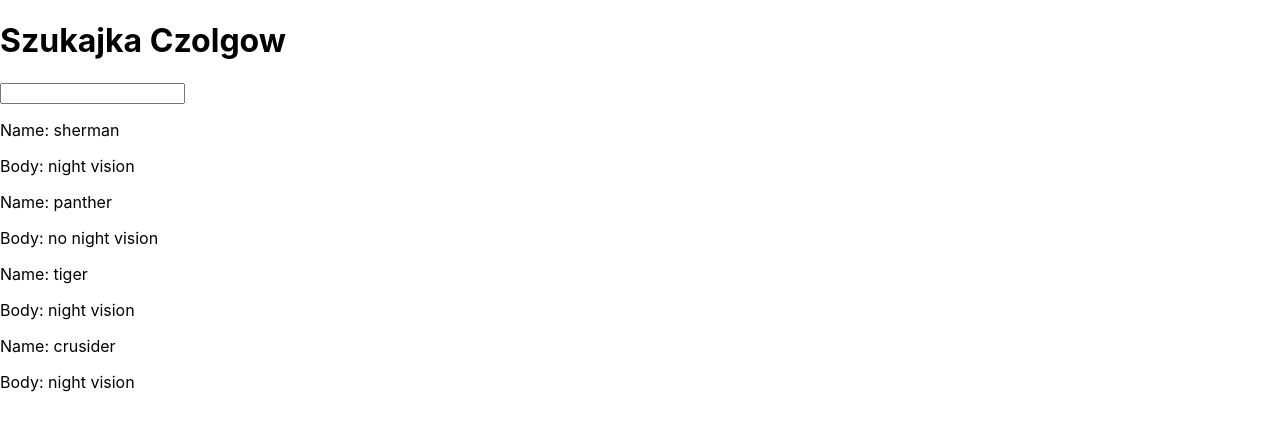
Repository: Carboplatin/TankBrowser
Page: /
The author's editor kept a copy of each file at every save. The page is drawn from the files as they stood at one save, then again after the next save.
The browser window is 1280 px wide. The pictures show the whole page.
The project was rebuilt for these pictures with package versions that can differ from the ones it lists, and the page was loaded fresh each time.

Above is the page before, as saved 2019-09-17 19:21:07.

### src/App.js
import React, { Component } from 'react';

import SearchBox from './searchBox';
import TankList from './tankList';


class App extends Component {

  state = {
    tanks: [
      {id: '1', name: 'sherman', body: 'night vision' },
      {id: '2', name: 'panther', body: 'no night vision' },
      {id: '3', name: 'tiger', body: 'night vision' },
      {id: '4', name: 'crusider', body: 'night vision' }
    ],
    searchTank: ''
  }


  inputHandler = (e) => {
    this.setState({searchTank: e.target.value})
  }

  render ( ) {
    let filteredTanks = this.state.tanks.filter((tank)=>{
      return tank.name.toLowerCase().includes(this.state.searchTank.toLowerCase())
    })

    return (
      <div className="container">
        <h1>Szukajka Czolgow</h1>
          <SearchBox inputHandler={this.inputHandler}/>
          <TankList filteredTanks={filteredTanks}/>
      </div>

    )

  }
}


export default App;

### src/searchBox.js
import React from 'react';

const searchBox = (props) => {
  return (
    <div>
      <input onChange={props.inputHandler} type="text"/>
    </div>
  )
}

export default searchBox;

### src/tankList.js
import React from 'react';
import Tank from './tank';

const TankList = (props)=> {
  let tanks = props.filteredTanks.map((tank, i)=>{
    return <Tank key={i} name={tank.name} body={tank.body}/>
  })
  return (
    <div>
       {tanks}


    </div>
  )
}

export default TankList;

### src/tank.js
import React from 'react';



const Tank =(props)=> {
  return(
    <div>
      <p>Name: {props.name} </p>
      <p>Body: {props.body} </p>

    </div>
  )
}
export default Tank;

Loaded but not shown: public/index.html (common file); src/index.js (common file); src/index.css (common file); src/serviceWorker.js (common file)

After the next save:
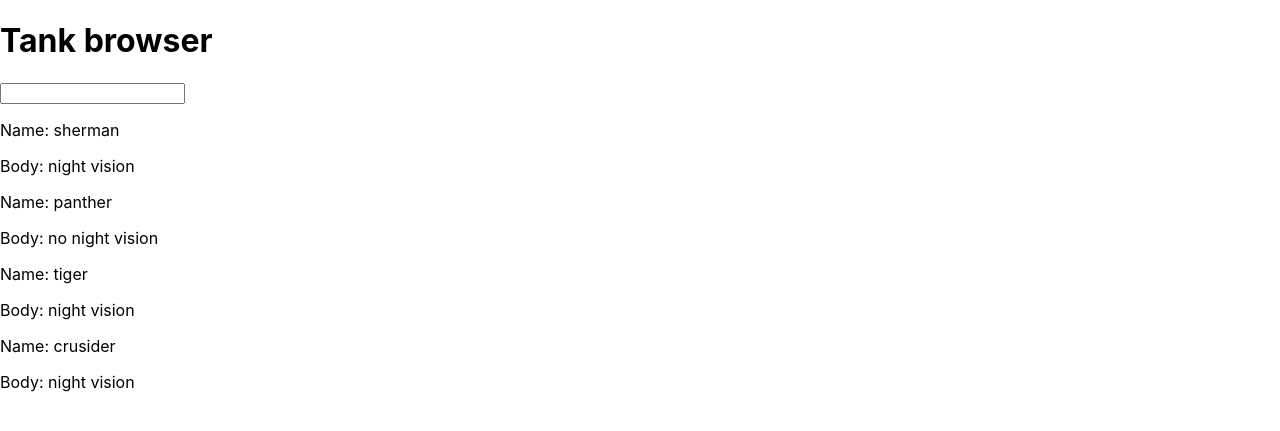
Saved 21 s later.
--- a/src/App.js
+++ b/src/App.js
@@ -28,7 +28,7 @@ class App extends Component {
 
     return (
       <div className="container">
-        <h1>Szukajka Czolgow</h1>
+        <h1>Tank browser</h1>
           <SearchBox inputHandler={this.inputHandler}/>
           <TankList filteredTanks={filteredTanks}/>
       </div>
